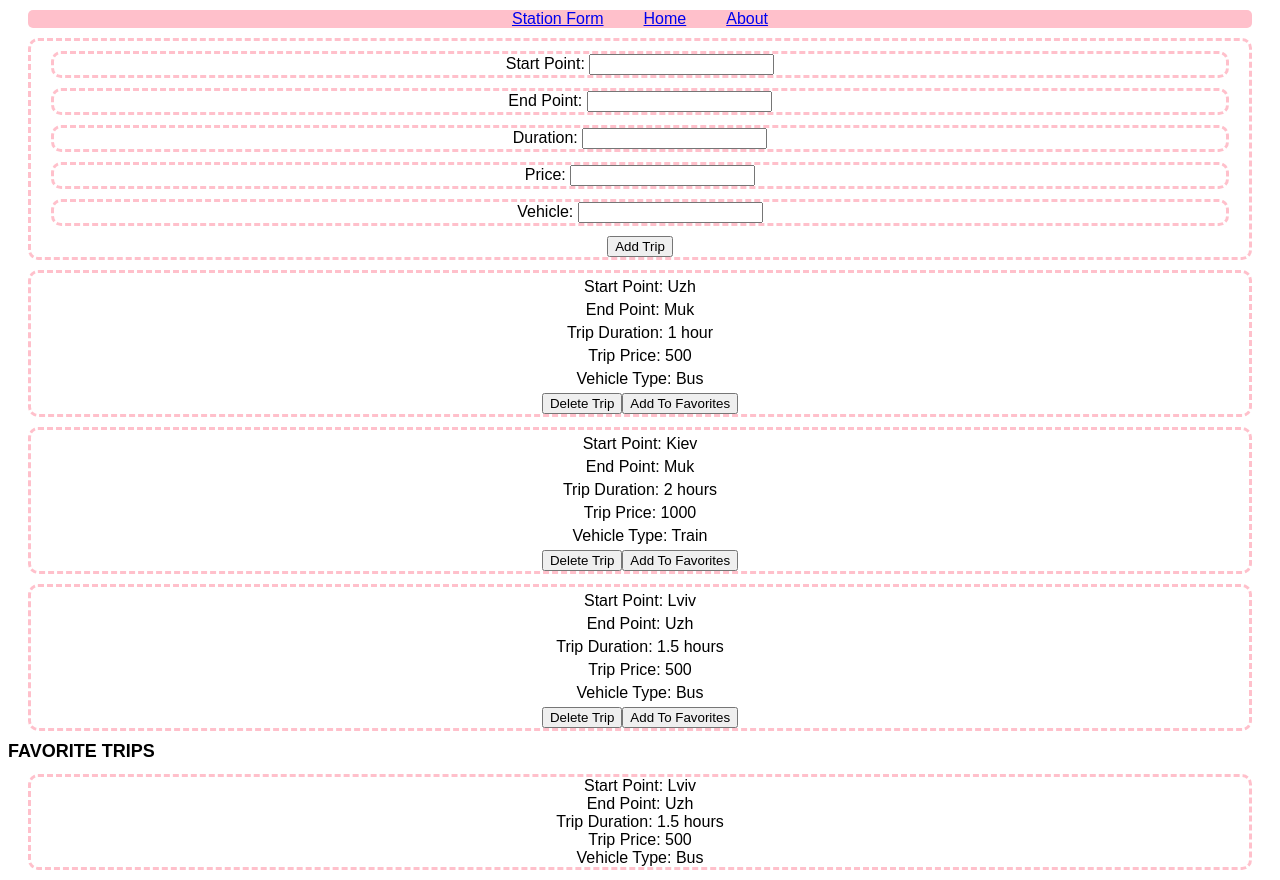
Repository: rutsguifd/mkr2
Page: /#/station-form
These files come from the project's save history. The page is drawn as it stood at one moment and after the next save; the edit follows.
The browser window is 1280 px wide. The pictures show the whole page.
The project was rebuilt for these pictures with package versions that can differ from the ones it lists, and the page was loaded fresh each time. Also part of the build but not shown: src/views/Home.vue, src/views/About.vue.

Above is the page before, as saved 2021-12-21 23:20:29.

### src/App.vue
<template>
  <div>
    <router-view />
  </div>
</template>

<script>
  export default {

  }
</script>

<style lang="scss" scoped>

</style>

### src/router/index.js
import { createRouter, createWebHashHistory } from 'vue-router'
import Home from '../views/Home.vue'
import About from '../views/About.vue'
import StationForm from '../views/StationForm.vue'


const routes = [
  {
    path: '/',
    name: 'Home',
    component: Home
  },
  {
    path: '/about',
    name: 'About',
    component: About
  },
  {
    path: '/station-form',
    name: 'StationForm',
    component: StationForm
  }
]

const router = createRouter({
  history: createWebHashHistory(),
  routes
})

export default router

### src/store/index.js
import { createStore } from 'vuex'

export default createStore({
  state: {
    tripInfo: [
      {
        id: 1,
        tripStart: "Uzh",
        tripEnd: "Muk",
        tripDuration: "1 hour",
        tripPrice: "500",
        vehicle: "Bus"
      },
      {
        id: 2,
        tripStart: "Kiev",
        tripEnd: "Muk",
        tripDuration: "2 hours",
        tripPrice: "1000",
        vehicle: "Train"
      },
      {
        id: 3,
        tripStart: "Lviv",
        tripEnd: "Uzh",
        tripDuration: "1.5 hours",
        tripPrice: "500",
        vehicle: "Bus"
      }
    ],
    favoriteTrips: [
      {
        id: 3,
        tripStart: "Lviv",
        tripEnd: "Uzh",
        tripDuration: "1.5 hours",
        tripPrice: "500",
        vehicle: "Bus"
      }
    ]
  },
  mutations: {
    addTrip(state, trip) {
      state.tripInfo.push({
        tripStart: trip.start,
        tripEnd: trip.end,
        tripDuration: trip.dur,
        tripPrice: trip.price,
        vehicle: trip.veh
      })
    },
    deleteTrip(state, ind) {
      state.tripInfo.splice(ind, 1)
    },
    updateFavorites(state, fav) {
      state.favoriteTrips.push(fav)
      console.log(state.favoriteTrips)
    }
  },
  actions: {
    addToFavorites(context, trip) {
      let fav = {
        id: trip.id,
        tripStart: trip.start,
        tripEnd: trip.end,
        tripDuration: trip.dur,
        tripPrice: trip.price,
        vehicle: trip.veh
      }
      context.commit("updateFavorites", fav)
      //console.log(context.state.favoriteTrips)
    }
  },
  getters: {
    AllTrips(state) {
      return state.tripInfo
    },
    AllFavoriteTrips(state) {
      return state.favoriteTrips
    }
  }
})

### src/views/StationForm.vue
<template>
  <div>
    <Header />
    <AddTrip />
    <trip-card v-for="(trip, ind) in AllTrips" :key="ind" :trip="trip" />
    <favorite-trips
      v-for="trip in AllFavoriteTrips"
      :key="trip.id"
      :trip="trip"
    />
  </div>
</template>

<script>
import { mapGetters } from "vuex";
import FavoriteTrips from "../components/FavoriteTrips.vue";
import AddTrip from "../components/AddTrip.vue";
import Header from "../components/Header.vue";
import TripCard from "../components/TripCard.vue";
export default {
  name: "StationForm",
  components: {
    TripCard,
    Header,
    AddTrip,
    FavoriteTrips,
  },
  computed: {
    ...mapGetters(["AllFavoriteTrips"]),
    ...mapGetters(["AllTrips"]),
  },
};
</script>

<style lang="scss" scoped>
* {
  margin: 0;
  padding: 0;
  box-sizing: border-box;
  font-family: "Fira Sans", sans-serif;
}
</style>

### src/components/Header.vue
<template>
  <div class="header">
    <span><router-link to="/station-form">Station Form</router-link></span>
    <span><router-link to="/">Home</router-link></span>
    <span><router-link to="/about">About</router-link></span>
  </div>
</template>

<script>
export default {};
</script>

<style lang="scss" scoped>
.header{
    text-align: center;
    margin: 10px 20px;
    background: pink;
    border-radius: 5px;
    span{
        margin: 0px 20px;
    }
}
</style>

### src/components/FavoriteTrips.vue
<template>
  <h1>FAVORITE TRIPS</h1>
  <div class="fav">
    <div>Start Point: {{ trip.tripStart }}</div>
    <div>End Point: {{ trip.tripEnd }}</div>
    <div>Trip Duration: {{ trip.tripDuration }}</div>
    <div>Trip Price: {{ trip.tripPrice }}</div>
    <div>Vehicle Type: {{ trip.vehicle }}</div>
  </div>
</template>

<script>
export default {
  name: "FavoriteTrips",
  props: ["trip"],
};
</script>

<style lang="scss" scoped>
  h1 {
    font-size: 18px;
    margin-top: 10px;
  }
.fav {
  margin: 10px 20px;
  text-align: center;
  border: 3px dashed pink;
  border-radius: 10px;
}
</style>

### src/components/AddTrip.vue
<template>
  <div class="add">
    <div>
      <label>
        Start Point:
        <input type="text" v-model="tripStart" />
      </label>
    </div>
    <div>
      <label>
        End Point:
        <input type="text" v-model="tripEnd" />
      </label>
    </div>
    <div>
      <label>
        Duration:
        <input type="text" v-model="tripDuration" />
      </label>
    </div>
    <div>
      <label>
        Price:
        <input type="text" v-model="tripPrice" />
      </label>
    </div>
    <div>
      <label>
        Vehicle:
        <input type="text" v-model="vehicle" />
      </label>
    </div>
    <button @click="add">Add Trip</button>
  </div>
</template>

<script>
import { mapMutations } from "vuex";
export default {
  data() {
    return {
      tripStart: "",
      tripEnd: "",
      tripDuration: "",
      tripPrice: "",
      vehicle: "",
    };
  },
  methods: {
    ...mapMutations(["addTrip"]),
    add() {
      this.addTrip({
        id: Date.now(),
        start: this.tripStart,
        end: this.tripEnd,
        dur: this.tripDuration,
        price: this.tripPrice,
        veh: this.vehicle,
      }),
        (this.tripStart = "");
      this.tripEnd = "";
      this.tripDuration = "";
      this.tripPrice = "";
      this.vehicle = "";
    },
  },
};
</script>

<style lang="scss" scoped>
.add {
    border: 3px dashed pink;
    border-radius: 10px;
    margin: 10px 20px;
    text-align: center;
  div {
      border: 3px dashed pink;
    border-radius: 10px;
    margin: 10px 20px;
  }
}
</style>

### src/components/TripCard.vue
<template>
  <div>
    <div class="card">
      <div>Start Point: {{ trip.tripStart }}</div>
      <div>End Point: {{ trip.tripEnd }}</div>
      <div>Trip Duration: {{ trip.tripDuration }}</div>
      <div>Trip Price: {{ trip.tripPrice }}</div>
      <div>Vehicle Type: {{ trip.vehicle }}</div>
      <button @click="del(ind)">Delete Trip</button>
      <button @click="favorite">Add To Favorites</button>
    </div>
  </div>
</template>

<script>
import { mapMutations, mapGetters, mapActions } from "vuex";
export default {
  name: "TripCard",
  props: ["trip"],
  methods: {
    ...mapMutations(["deleteTrip"]),
    ...mapActions(["addToFavorites"]),
    del(ind) {
      this.deleteTrip(ind);
    },
    favorite() {
        this.addToFavorites({
        id: Date.now(),
        start: this.trip.tripStart,
        end: this.trip.tripEnd,
        dur: this.trip.tripDuration,
        price: this.trip.tripPrice,
        veh: this.trip.vehicle,
        })
    }
  },
  computed: mapGetters(["AllTrips"]),
};
</script>

<style lang="scss" scoped>
.card {
  text-align: center;
  margin: 10px 20px;
  border: 3px dashed pink;
  border-radius: 10px;
  div {
    margin: 5px 0px;
  }
}
</style>

Loaded but not shown: public/index.html (common file); src/main.js (common file)

After the next save:
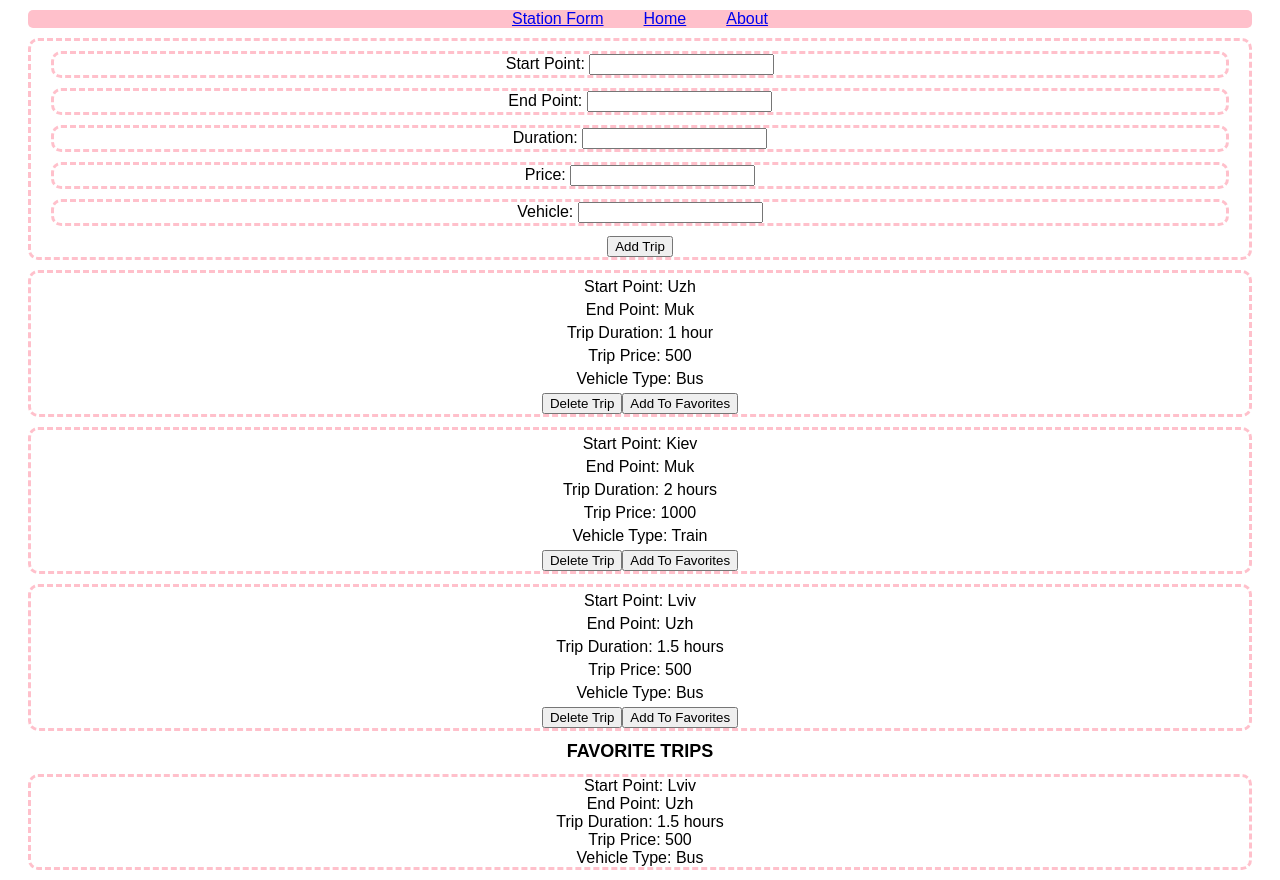
Saved 18 s later.
--- a/src/components/FavoriteTrips.vue
+++ b/src/components/FavoriteTrips.vue
@@ -17,10 +17,11 @@ export default {
 </script>
 
 <style lang="scss" scoped>
-  h1 {
-    font-size: 18px;
-    margin-top: 10px;
-  }
+h1 {
+  font-size: 18px;
+  text-align: center;
+  margin-top: 10px;
+}
 .fav {
   margin: 10px 20px;
   text-align: center;
